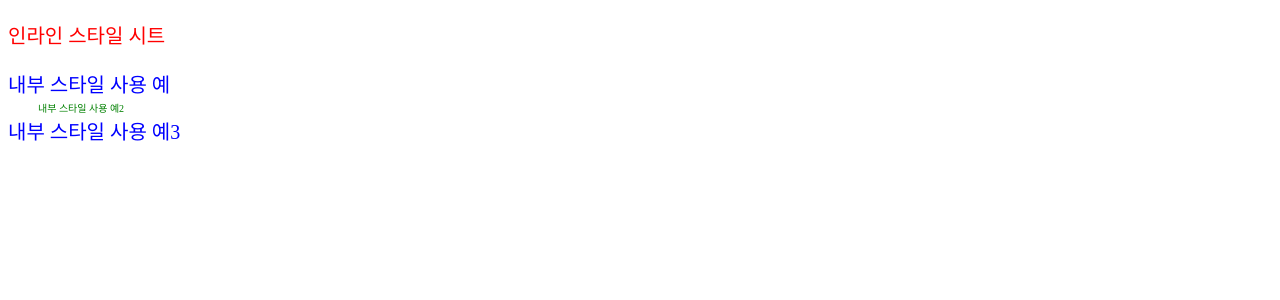
Repository: salee1023/JSP_Practice
Page: HTML_CSS_JS_practice01/src/main/webapp/CSS.htm
These files come from the project's save history. The page is drawn as it stood at one moment and after the next save; the edit follows.
The browser window is 1280 px wide. The pictures show the whole page.

Above is the page before, as saved 2021-08-16 14:06:49.

### HTML_CSS_JS_practice01/src/main/webapp/CSS.htm
<!DOCTYPE html>
<html>
<head>
<meta charset="UTF-8">
<title>CSS_test</title>
<style type="text/css">
	span {color:blue; font-size:20px; font-family:돋움;}
	.sp02 {color:green; font-size:10px; font-family:돋움; margin-left:30px;}
</style>
</head>
<body>
	<!-- CSS (Cascading Style Sheet) 사용시 장점
		- 코드의 관리나 수정이 용이함
		- 웹페이지 로딩 속도가 빨라짐
		- 웹페이지를 제작하는 시간을 줄일 수 있음
	 -->

 	<!-- 1.인라인 스타일 시트 -->
 	<p style="color:red; font-size:20px; font-family:돋움">인라인 스타일 시트</p>

 	<!-- 2.내부 스타일 시트
 		<head>태그 사이에 스타일을 정의하는 방식
 		<style type="text/css">
 			셀렉터 {속성:속성값; 속성:속성값; ...}
 		</style>
 	-->
 	<span>내부 스타일 사용 예</span><br>
 	<span class="sp02">내부 스타일 사용 예2</span><br>
 	<span>내부 스타일 사용 예3</span><br>

 	<!-- 3.외부 스타일 시트 -->

</body>
</html>

After the next save:
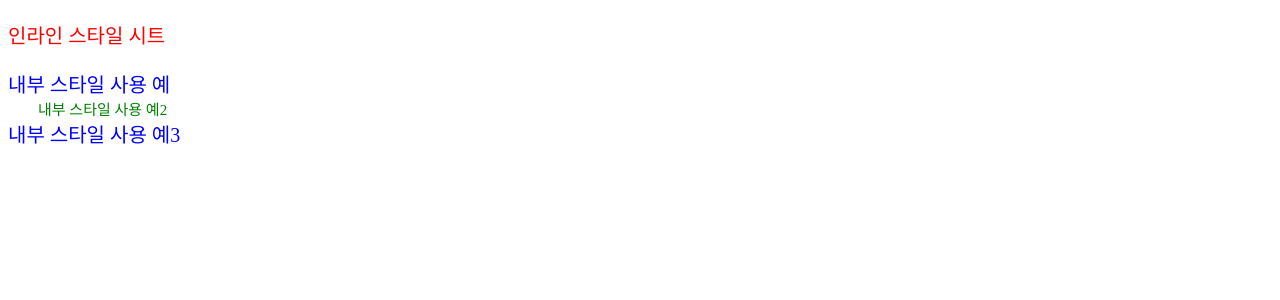
Saved 17 s later.
--- a/HTML_CSS_JS_practice01/src/main/webapp/CSS.htm
+++ b/HTML_CSS_JS_practice01/src/main/webapp/CSS.htm
@@ -5,7 +5,7 @@
 <title>CSS_test</title>
 <style type="text/css">
 	span {color:blue; font-size:20px; font-family:돋움;}
-	.sp02 {color:green; font-size:10px; font-family:돋움; margin-left:30px;}
+	.sp02 {color:green; font-size:15px; font-family:돋움; margin-left:30px;}
 </style>
 </head>
 <body>
